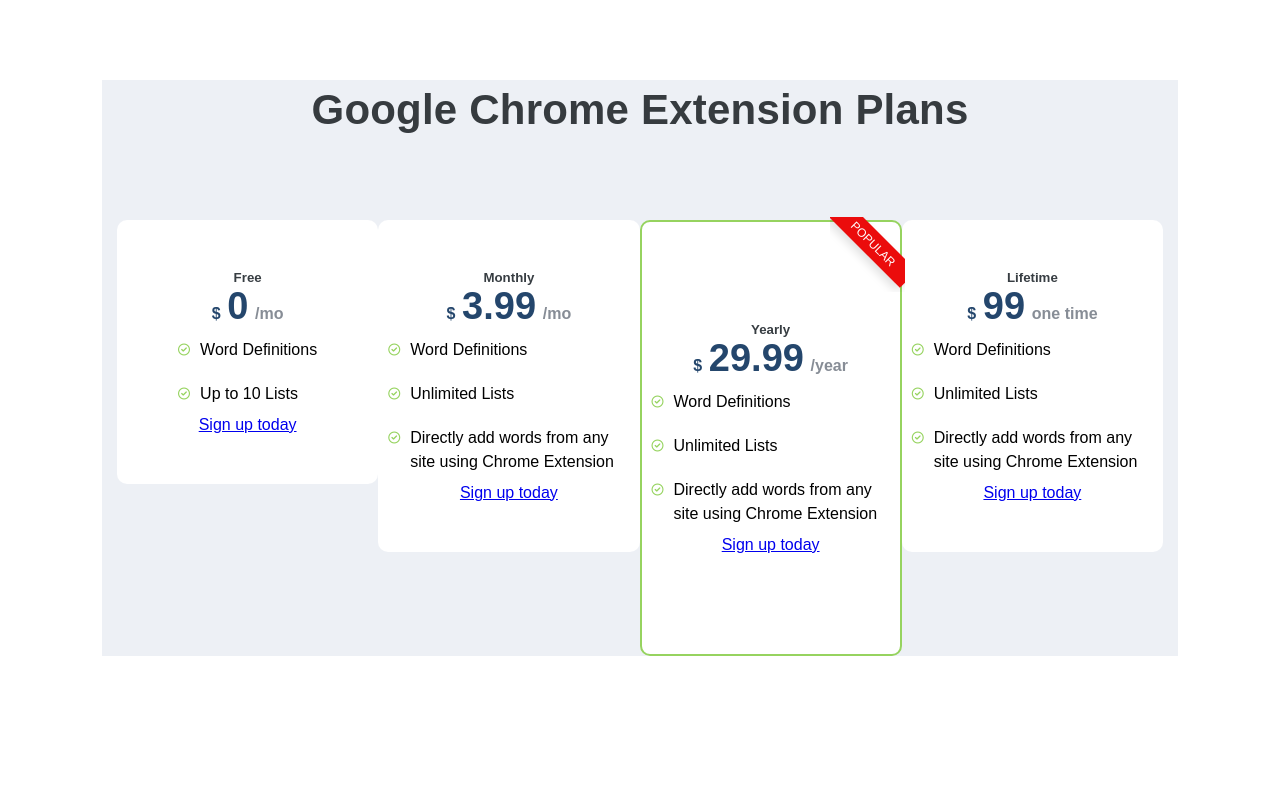
Repository: Novoselets28/chatos-test-task
Page: index.html
An editor plug-in stored every save of this project. The page is shown before and after the next save, followed by the edit.
The browser window is 1280 px wide. The pictures show the whole page.

Above is the page before, as saved 2023-04-19 20:24:31.

### index.html
<!DOCTYPE html>
<html lang="en">
<head>
    <meta charset="UTF-8">
    <meta http-equiv="X-UA-Compatible" content="IE=edge">
    <meta name="viewport" content="width=device-width, initial-scale=1.0">
    <link rel="stylesheet" type="text/css" href="index.css" />
    <link rel="stylesheet" href="https://cdnjs.cloudflare.com/ajax/libs/font-awesome/6.0.0/css/all.min.css">
    <link rel="preconnect" href="https://fonts.googleapis.com">
    <link rel="preconnect" href="https://fonts.gstatic.com" crossorigin>
    <link href="https://fonts.googleapis.com/css2?family=Arimo:wght@400;700&family=Rubik&display=swap" rel="stylesheet">
    <title>Document</title>
</head>
<body>
    <div class="page__extension extension">
        <div class="extension__container _container">
            <div class="extension__header header-block">
                <h2 class="header-block__title">Google Chrome Extension Plans</h2>
            </div>
            <div class="extension__items">
                <!-- Modern pricing table - Free -->
                <div class="extension__item item-extension">
                        <h5 class="item-extension__title">Free</h5>
                        <div class="item-extension__price price-item">
                            <span class="price-item__dollar">$</span>
                            <span class="price-item__number">0</span>
                            <span class="price-item__label">/mo</span>
                        </div>
                        <div class="item-extension__points">
                            <ul class="item-extension__point point-list">
                                <li class="point-list__item">
                                    <i class="icon fa-regular fa-circle-check" style="color: #96d35f;"></i>
                                        Word Definitions
                                </li>
                                <li class="point-list__item">
                                    <i class="icon fa-regular fa-circle-check" style="color: #96d35f;"></i>
                                        Up to 10 Lists
                                </li>
                            </ul>
                        </div>
                        <a href="https://boostvocab.com/register" class="item-extension__button">Sign up today</a>
                </div>
                <!-- END : Modern pricing table - Free -->
                <!-- Modern pricing table - MOnthly -->
                <div class="extension__item item-extension">
                        <h5 class="item-extension__title">Monthly</h5>
                        <div class="item-extension__price price-item">
                            <span class="price-item__dollar">$</span>
                            <span class="price-item__number">3.99</span>
                            <span class="price-item__label">/mo</span>
                        </div>
                        <div class="item-extension__points">
                            <ul class="item-extension__point point-list">
                                <li class="point-list__item">
                                    <i class="icon fa-regular fa-circle-check" style="color: #96d35f;"></i>
                                        Word Definitions
                                </li>
                                <li class="point-list__item">
                                    <i class="icon fa-regular fa-circle-check" style="color: #96d35f;"></i>
                                        Unlimited Lists
                                </li>
                                <li class="point-list__item">
                                    <i class="icon fa-regular fa-circle-check" style="color: #96d35f;"></i>
                                        Directly add words from any site using Chrome Extension
                                </li>
                            </ul>
                        </div>
                        <a target="new" href="https://buy.stripe.com/5kAdRpbLh3k71RS6oo" class="item-extension__button">Sign up today</a>
                </div>
                <!-- END : Modern pricing table - Monthly -->
                <!-- Modern pricing table - Yearly -->
                <div class="extension__item item-extension item-extension_active" style="z-index: 2;">
                        <div class="ribbon"><span>POPULAR</span></div>
                        <div class="extension__item item-extension">
                            <h5 class="item-extension__title">Yearly</h5>
                            <div class="item-extension__price price-item">
                                <span class="price-item__dollar">$</span>
                                <span class="price-item__number">29.99</span>
                                <span class="price-item__label">/year</span>
                            </div>
                            <div class="item-extension__points">
                               <ul class="item-extension__point point-list">
                                    <li class="point-list__item">
                                        <i class="icon fa-regular fa-circle-check" style="color: #96d35f;"></i>
                                            Word Definitions
                                    </li>
                                    <li class="point-list__item">
                                        <i class="icon fa-regular fa-circle-check" style="color: #96d35f;"></i>
                                            Unlimited Lists
                                    </li>
                                    <li class="point-list__item">
                                        <i class="icon fa-regular fa-circle-check" style="color: #96d35f;"></i>
                                            Directly add words from any site using Chrome Extension
                                    </li>
                                </ul>
                            </div>
                            <a target="new" href="https://buy.stripe.com/aEU6oX3eL6wjdAA7st" class="item-extension__button">Sign up today</a>
                        </div>
                </div>
                <!-- END : Modern pricing table - Yearly -->
                <!-- Modern pricing table - Lifetime -->
                <div class="extension__item item-extension">
                        <h5 class="item-extension__title">Lifetime</h5>
                        <div class="item-extension__price price-item">
                            <span class="price-item__dollar">$</span>
                            <span class="price-item__number">99</span>
                            <span class="price-item__label">one time</span>
                        </div>
                        <div class="item-extension__points">
                            <ul class="item-extension__point point-list">
                                <li class="point-list__item">
                                    <i class="icon fa-regular fa-circle-check" style="color: #96d35f;"></i>
                                        Word Definitions
                                </li>
                                <li class="point-list__item">
                                    <i class="icon fa-regular fa-circle-check" style="color: #96d35f;"></i>
                                        Unlimited Lists
                                </li>
                                <li class="point-list__item">
                                    <i class="icon fa-regular fa-circle-check" style="color: #96d35f;"></i>
                                        Directly add words from any site using Chrome Extension
                                </li>
                            </ul>
                        </div>
                        <a target="new" href="https://buy.stripe.com/4gwfZxbLh8Er54428a" class="item-extension__button">Sign up today</a>
                    <!-- END : Modern pricing table - Lifetime -->

                </div>
            </div>
        </div>
    </div>
</body>
</html>

### index.css
*{
    margin: 0;
    padding: 0;
    box-sizing: border-box;
}

.page__extension {

}

.extension{
    padding: 80px 0px 136px 0px;
}

.extension__container{
    background-color: #edf0f5;
}

._container{
    max-width: 1046px;
    padding: 0 15px;
    margin: 0 auto;
    box-sizing: content-box;
    font-family: 'Arimo', sans-serif;
}

.extension__header{
    margin: 0 0 80px 0;
}

.header-block{
    text-align: center;
}

.header-block__title{
    font-size: 42px;
    letter-spacing: 0.2px;
    font-weight: 700;
    line-height: 142%;
    color: #363b3f;
}

.extension__items{
    display: flex;
    align-items: flex-start;
    font-family: inherit;
}

.extension__item{
    flex: 0 1 33.333%;
}

.item-extension{
    display: flex;
    flex-direction: column;
    justify-content: center;
    align-items: center;
    background-color: #fff;
    padding: 50px 0;
    border-radius: 10px;
}

.item-extension_active{
    border: 2px solid #96d35f;
    left: 0px;
    position: relative;
    top: 0px;
}

.ribbon {
    width: 75px;
    height: 75px;
    position: absolute;
    top: -5px;
    right: -5px;
    overflow: hidden;
}

.ribbon span {
    position: absolute;
  top: 15px;
  right: -18px;
  transform: rotate(45deg);
  width: 100px;
  background: #eb0c0c;
  padding: 5px 0;
  color: #fff;
  text-align: center;
  font-size: 12px;
  box-shadow: 0 5px 10px rgba(0,0,0,0.12);
}

.item-extension__title{
    color: #373d42;
}

.item-extension__price{
    color: #24466c;
}

.price-item{
    margin: 0;
    font-size: 24px;
    font-family: 'Poppins', sans-serif;
    font-weight: bold;
}

.price-item__dollar{
    font-size: 16px;
}

.price-item__number{
    text-transform: uppercase;
    font-size: 38px;
}

.price-item__label{
    color: #878d96;
    font-size: 16px;
}

.item-extension__points{
    display: flex;
    flex-direction: column;
    justify-content: center;
    align-items: center;
    margin: 0 10px;
}

.item-extension__point{
    color: inherit;
    font-weight: 400;
    line-height: 150%;
    font-size: 16px;
    display: flex;
    flex-direction: column;
    justify-content: space-around;
    align-items: center;
}

.point-list{

}

.point-list__item .icon{
    content: "f058";
    font-family: "Font Awesome 6 Free";
    font-size: 12px;
    line-height: 2;
    padding: 0 10px 0 0;
}

.point-list__item{
    list-style-type: none;
    display: flex;
    justify-content: flex-start;
    width: 100%;
    padding: 10px 0;
}

.point-list__icon{

}

.item-extension__button{

}

After the next save:
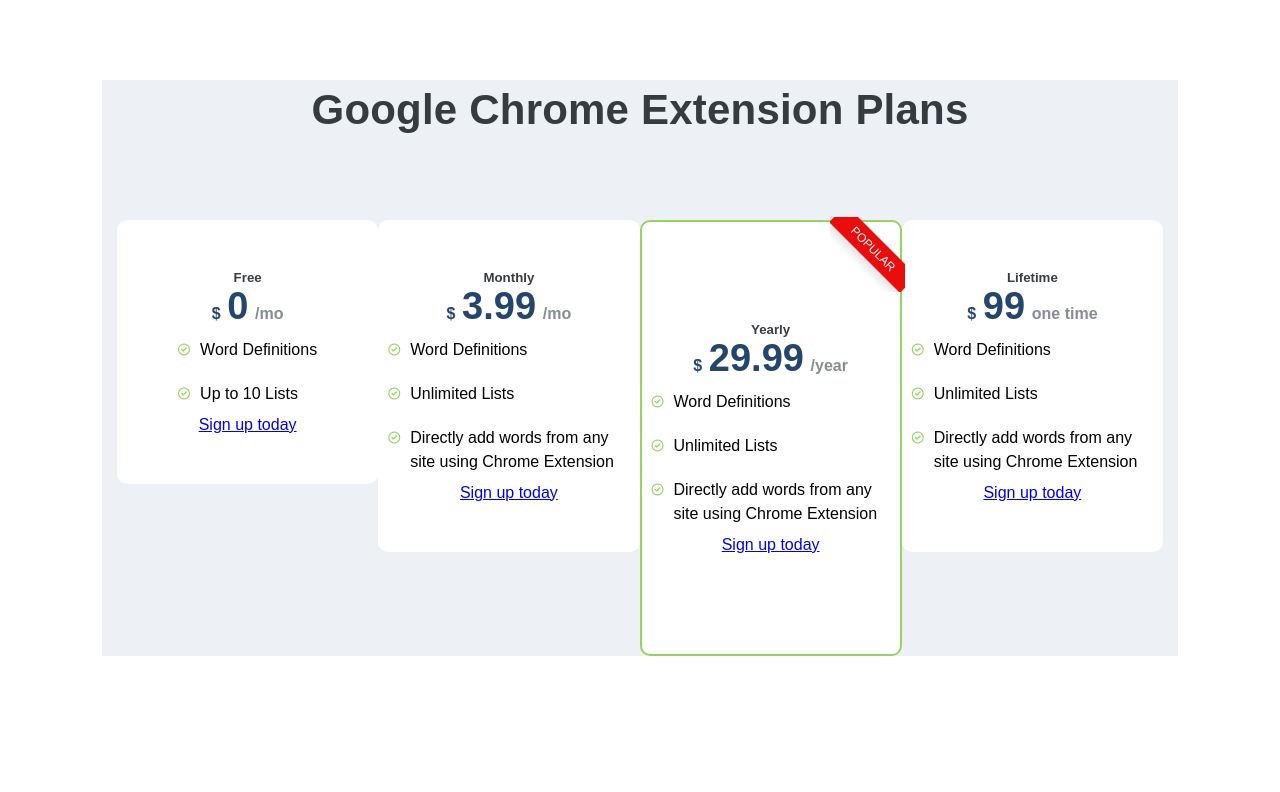
Saved 50 s later.
--- a/index.css
+++ b/index.css
@@ -78,7 +78,7 @@
 
 .ribbon span {
     position: absolute;
-  top: 15px;
+  top: 20px;
   right: -18px;
   transform: rotate(45deg);
   width: 100px;
